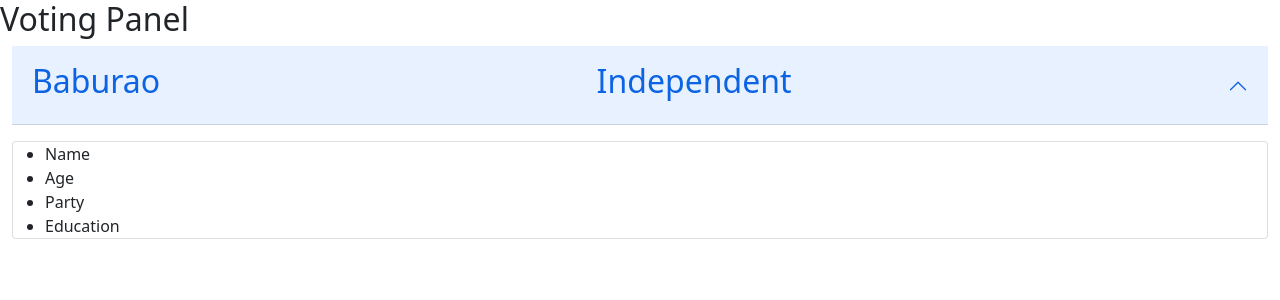
Repository: DavidManiIbrahim/Voting-app
Page: panel.html
These files come from the project's save history. The page is drawn as it stood at one moment and after the next save; the edit follows.
The browser window is 1280 px wide. The pictures show the whole page.

Above is the page before, as saved 2025-01-20 05:28:13.

### panel.html
<!DOCTYPE html>
<html lang="en">
<head>
    <meta charset="UTF-8">
    <meta name="viewport" content="width=device-width, initial-scale=1.0">
    <title>Voting Panel</title>
    <link rel="stylesheet" href="./bootstrap.css">
</head>
<body>

<h2>Voting Panel</h2>

    <div class="container-fluid">
        <button class="accordion-button" data-bs-toggle="toggle"
        data-bs-target="#accord">
            <h2 class="accor">Baburao</h2>
            <img src="" alt="">

            <h2 class="ms-auto">Independent</h2>
            <img src="" alt="">
        </button>
<p >
    <ul class="accordion-item" id="accord">
        <li class="">Name</li>
        <li>Age</li>
        <li>Party</li>
        <li>Education</li>
    </ul>
</p>
    </div>








<script src="./bootstrap.min.js"></script>
</body>
</html>

Loaded but not shown: bootstrap.css (library); bootstrap.min.js (library)

After the next save:
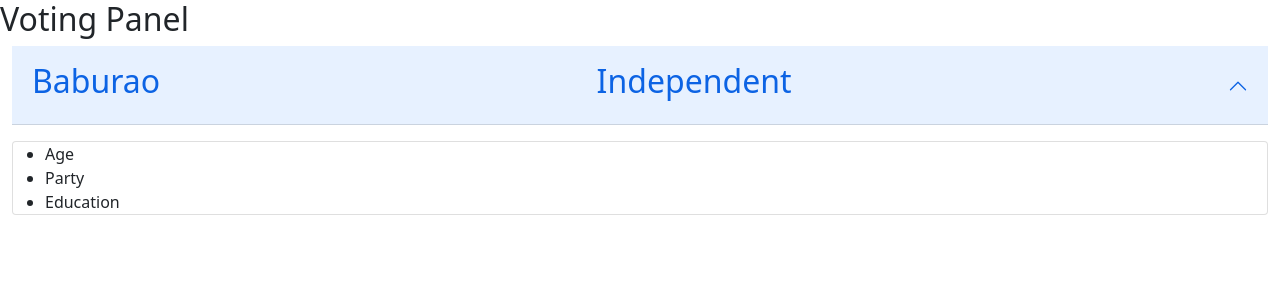
Saved 58 s later.
--- a/panel.html
+++ b/panel.html
@@ -21,7 +21,7 @@
         </button>
 <p >
     <ul class="accordion-item" id="accord">
-        <li class="">Name</li>
+        <li class="collapse">Name</li>
         <li>Age</li>
         <li>Party</li>
         <li>Education</li>

After the save that followed:
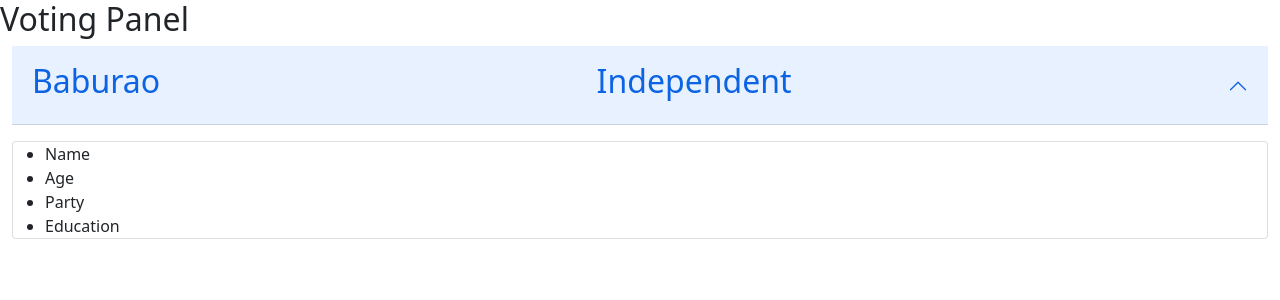
Saved 4 s later.
--- a/panel.html
+++ b/panel.html
@@ -21,7 +21,7 @@
         </button>
 <p >
     <ul class="accordion-item" id="accord">
-        <li class="collapse">Name</li>
+        <li class="collapsed">Name</li>
         <li>Age</li>
         <li>Party</li>
         <li>Education</li>
